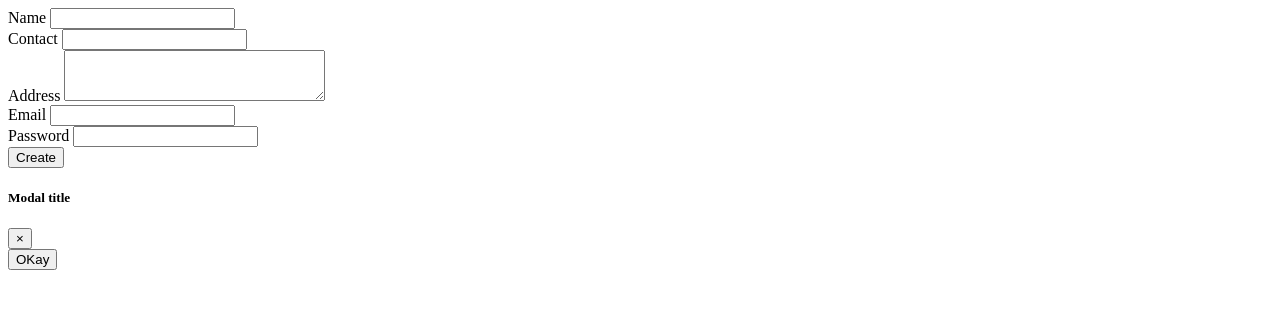
Repository: RahulLanjewar93/doctor
Page: http://localhost/signup.php
The author's editor kept a copy of each file at every save. The page is drawn from the files as they stood at one save, then again after the next save.
The browser window is 1280 px wide. The pictures show the whole page.
The page is run by PHP 8.4 with error messages shown; the project is at /var/www/html/.

Above is the page before, as saved 2022-03-17 00:58:12.
Console error: ReferenceError: $ is not defined

After the next save:
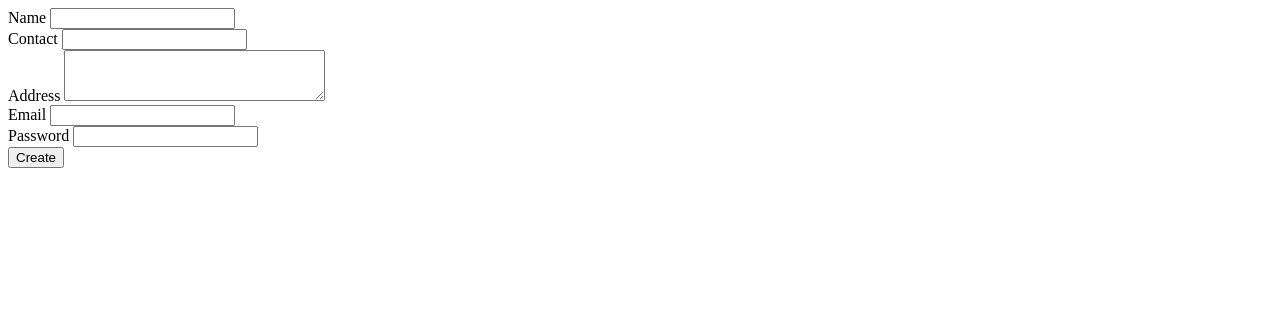
Saved 57 s later.
--- a/signup.php
+++ b/signup.php
@@ -23,22 +23,6 @@
 		</div>
 		<button class="button btn btn-info btn-sm">Create</button>
 	</form>
-
-		<div class="modal" tabindex="99" role="dialog">
-			<div class="modal-dialog" role="document">
-				<div class="modal-content">
-				<div class="modal-header">
-					<h5 class="modal-title">Modal title</h5>
-					<button type="button" class="close" data-dismiss="modal" aria-label="Close">
-					<span aria-hidden="true">&times;</span>
-					</button>
-				</div>
-				<div class="modal-footer">
-					<button type="button" class="btn btn-secondary" data-dismiss="modal">OKay</button>
-				</div>
-				</div>
-			</div>
-		</div>
 </div>
 
 <style>
@@ -80,17 +64,16 @@
 		console.log("contact",contact)
 		if(!NameRegex.test(name)){
 			console.log('not valid')
-			$(".modal-title").html("Name not valid")
-			$('.modal').modal('show');
+			$('#signup-frm').prepend(
+						'<div class="alert alert-danger">Name is not valid</div>')
+
 			return
 		}else{
 			console.log('name is valid')
-
 		}
 		if(!ContactRegex.test(contact)){
-			$(".modal-title").html("Phone not valid")
-
-			$('.modal').modal('show');
+			$('#signup-frm').prepend(
+						'<div class="alert alert-danger">Contact is not valid</div>')
 			return
 
 		}else{
